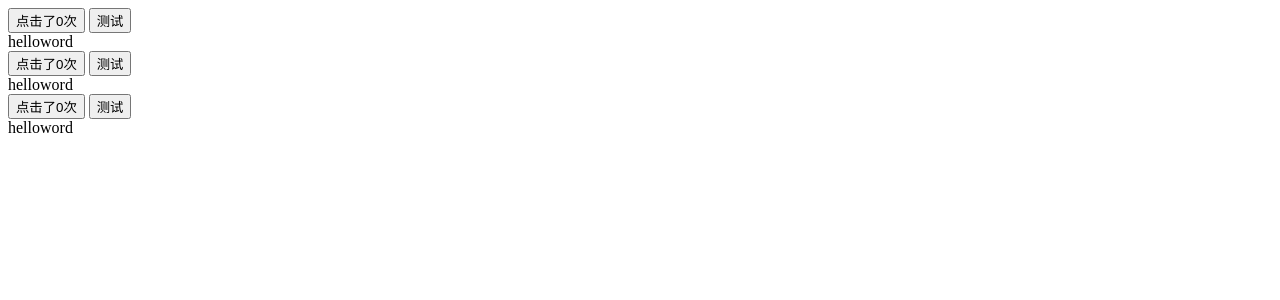
Repository: R1Deemo/Vue
Page: 01.html
These files come from the project's save history. The page is drawn as it stood at one moment and after the next save; the edit follows.
The browser window is 1280 px wide. The pictures show the whole page.

Above is the page before, as saved 2022-11-08 11:25:05.

After the next save:
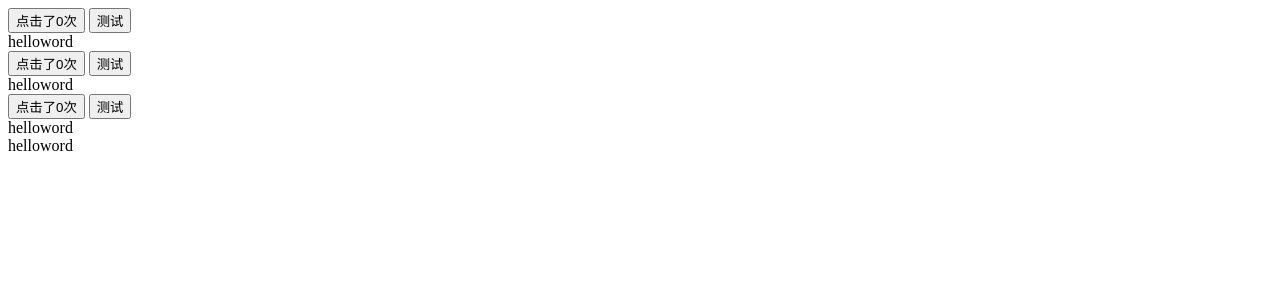
Saved 23 s later.
--- a/01.html
+++ b/01.html
@@ -13,7 +13,7 @@
         <button-counter></button-counter>
         <button-counter></button-counter>
         <button-counter></button-counter>
-        <hello-word></hello-word>
+        <hello-world></hello-world>
     </div>
     <!-- <script src="/vue学习/js/vue.js"></script> -->
     <script src="https://cdn.jsdelivr.net/npm/vue/dist/vue.js"></script>
